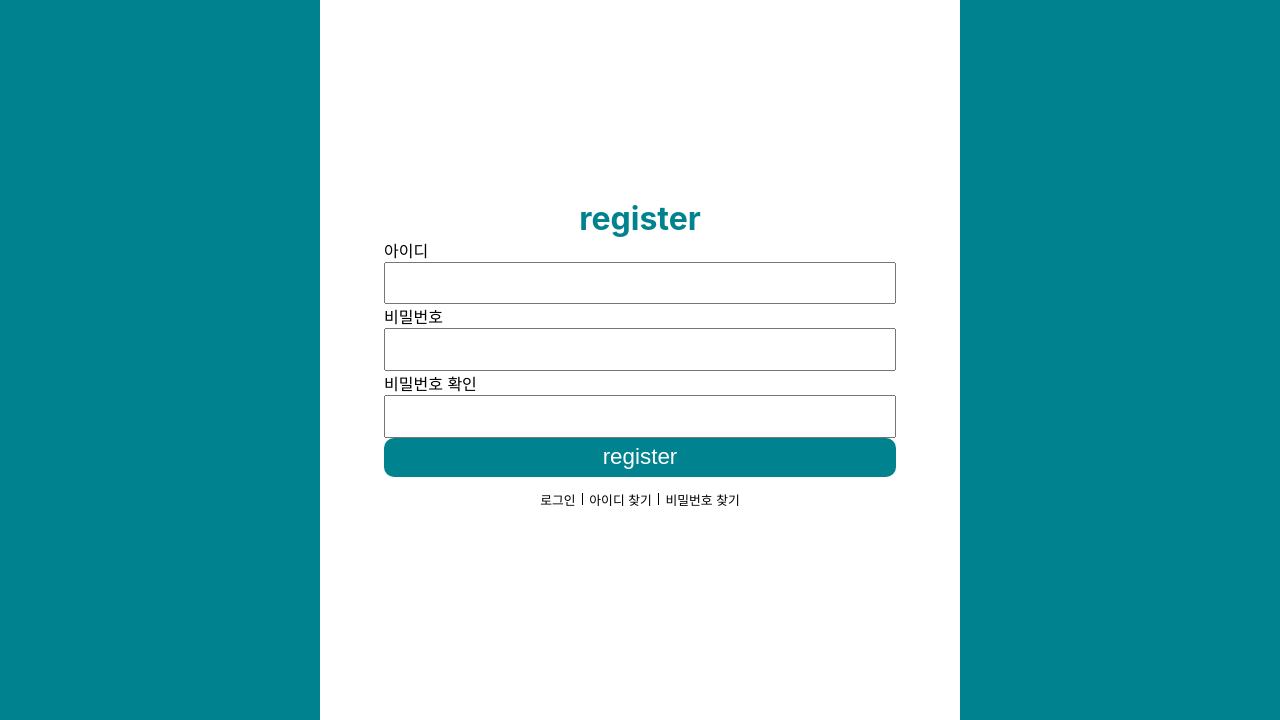
Repository: SeungYn/ticktickup-client
Page: /register
These files come from the project's save history. The page is drawn as it stood at one moment and after the next save; the edit follows.
The browser window is 1280 px wide. The pictures show the whole page.
The project was rebuilt for these pictures with package versions that can differ from the ones it lists, and the page was loaded fresh each time. Also part of the build but not shown: src/App.tsx, src/pages/Main.tsx, src/pages/TimeDetail.tsx, src/pages/MyInfo.tsx, src/components/common/ConfirmModal.tsx, src/containers/auth/LoginFormContainer.tsx, src/pages/LoginPage.tsx.

Above is the page before, as saved 2023-01-04 01:09:43.

### src/index.tsx
import React from 'react';
import ReactDOM from 'react-dom/client';
import { createBrowserRouter, RouterProvider } from 'react-router-dom';

import './index.css';
import App from './App';
import Main from './pages/Main';
import TimeDetail from './pages/TimeDetail';
import MyInfo from './pages/MyInfo';
import LoginContainer from './pages/LoginPage';
import RegisterPage from './pages/RegisterPage';
import { Provider } from 'react-redux';
import { store } from './modules';
import { ThemeProvider } from 'styled-components';

const root = ReactDOM.createRoot(
  document.getElementById('root') as HTMLElement
);

const router = createBrowserRouter([
  {
    path: '/',
    element: <App />,
    children: [
      { index: true, element: <Main /> },
      {
        path: 'TimeDetail',
        element: <TimeDetail />,
      },
      {
        path: 'Myinfo',
        element: <MyInfo />,
      },
    ],
  },
  {
    path: 'Login',
    element: <LoginContainer />,
  },
  {
    path: 'register',
    element: <RegisterPage />,
  },
]);

root.render(
  <Provider store={store}>
    <ThemeProvider theme={{ color: '#00838f' }}>
      <RouterProvider router={router}></RouterProvider>
    </ThemeProvider>
  </Provider>
);

### src/index.css
* {
  box-sizing: border-box;
}

html {
  height: 100%;
  width: 100%;
}

body {
  margin: 0;
  font-family: -apple-system, BlinkMacSystemFont, 'Segoe UI', 'Roboto', 'Oxygen',
    'Ubuntu', 'Cantarell', 'Fira Sans', 'Droid Sans', 'Helvetica Neue',
    sans-serif;
  -webkit-font-smoothing: antialiased;
  -moz-osx-font-smoothing: grayscale;
  height: 100%;
  width: 100%;
}

code {
  font-family: source-code-pro, Menlo, Monaco, Consolas, 'Courier New',
    monospace;
}

#root {
  height: 100%;
  width: 100%;
  background-color: #00838f;
  display: flex;
  justify-content: center;
}

input {
  outline: none;
}

h1,
h2 {
  margin: 0;
}

button {
  outline: none;
  background: none;
  border: none;
  cursor: pointer;
  padding: 0;
}

a {
  text-decoration: none;
  color: black;
}

a:visited {
  color: black;
}

### src/pages/RegisterPage.tsx
import React from 'react';
import RegisterFormContainer from '../containers/auth/RegisterFormContainer';

export default function RegisterPage() {
  const onSubmit = (e: React.FormEvent<HTMLFormElement>) => {
    e.preventDefault();
    console.log('submit');
  };
  return <RegisterFormContainer />;
}

### src/modules/index.ts
import { configureStore } from '@reduxjs/toolkit';
import authReducer from './auth';
import loadingReducer from './Loading';
import modalReducer from './modal';

export const store = configureStore({
  reducer: { auth: authReducer, loading: loadingReducer, modal: modalReducer },
});
export type RootState = ReturnType<typeof store.getState>;
export type AppDispatch = typeof store.dispatch;

### src/containers/auth/RegisterFormContainer.tsx
import { title } from 'process';
import React, { useEffect } from 'react';
import { useDispatch, useSelector } from 'react-redux';
import { useNavigate } from 'react-router-dom';
import AuthForm from '../../components/auth/AuthForm';
import { AppDispatch, RootState } from '../../modules';
import { authRegister, changeField, initialForm } from '../../modules/auth';
import { closeModal, openModal } from '../../modules/modal';

export default function RegisterFormContainer() {
  const navigate = useNavigate();
  const { register, authError, auth } = useSelector(
    (state: RootState) => state.auth
  );
  const { loading, modal } = useSelector((state: RootState) => state);
  const dispatch = useDispatch<AppDispatch>();
  const onSubmit = async (e: React.FormEvent<HTMLFormElement>) => {
    e.preventDefault();
    console.log('submit');

    const test = await dispatch(
      authRegister({ username: register.username, password: register.password })
    );
    console.log(test);
  };

  const onChange = (e: React.ChangeEvent<HTMLInputElement>) => {
    const { name, value } = e.target;
    dispatch(changeField({ form: 'register', name, value }));
  };

  const successRegister = () => {
    dispatch(closeModal());
    dispatch(initialForm());
    navigate('/login');
  };

  useEffect(() => {
    if (auth) {
      dispatch(openModal());
    }
  }, [auth]);

  return (
    <AuthForm
      type={'register'}
      form={register}
      onChange={onChange}
      onSubmit={onSubmit}
      loading={loading.loading}
      passwordMatch={register.passwordMatch}
      authError={authError}
      modalState={modal.state}
      modal={{
        title: '알림',
        content: '회원가입이 성공적으로 되었습니다.',
        callback: successRegister,
      }}
    />
  );
}

### src/modules/auth.ts
import { AxiosResponse } from 'axios';
import { createAsyncThunk, createSlice, PayloadAction } from '@reduxjs/toolkit';
import { AppDispatch } from '.';
import AuthService from '../service/authService';
import { finishLoading, startLoading } from './Loading';

const authService = AuthService.getHttpInstance();

export interface AuthSuccessResponse {
  username: string;
  token: string;
}

export interface AuthFailResponse {
  error: string;
}

export type Register = {
  username: string;
  password: string;
  passwordConfirm: string;
  passwordMatch: boolean;
  [key: string]: string | boolean;
};

export type Login = {
  username: string;
  password: string;
  [key: string]: string;
};

export const authRegister = createAsyncThunk<
  { token: string; username: string },
  { username: string; password: string },
  {
    rejectValue: AuthFailResponse;
    dispatch: AppDispatch;
  }
>('auth/REGISTER', async (form, thunkAPI) => {
  console.log('async');
  console.log(thunkAPI);
  thunkAPI.dispatch(startLoading());
  try {
    const res = (await authService.signup(
      form.username,
      form.password
    )) as AxiosResponse;

    return res.data;
  } catch (e) {
    //todo 에러메세지 가져오기

    return thunkAPI.rejectWithValue({ error: String(e) });
  } finally {
    thunkAPI.dispatch(finishLoading());
  }
});

export const authLogin = createAsyncThunk(
  'auth/LOGIN',
  async (form: Login, thunkAPI) => {
    thunkAPI.dispatch(startLoading());
    try {
      return { payload: { token: '123', username: '123' } };
    } catch (e) {
      return thunkAPI.rejectWithValue({ error: '123' });
    } finally {
      thunkAPI.dispatch(finishLoading());
    }
  }
);

interface InitialAuthFormState {
  register: Register;
  login: Login;
  authError: string | null | undefined;
  authDuplicateError: string | null;
  auth: null | { [key: string]: string };
}

const initialAuthFormState: InitialAuthFormState = {
  register: {
    username: '',
    password: '',
    passwordConfirm: '',
    passwordMatch: true,
  },

  login: {
    username: '',
    password: '',
  },
  authError: null,
  authDuplicateError: null,
  auth: null,
};

const authSlice = createSlice({
  name: 'authForm',
  initialState: initialAuthFormState,
  reducers: {
    changeField: (
      state,
      {
        payload,
      }: PayloadAction<{
        form: 'login' | 'register';
        value: string;
        name: string;
      }>
    ) => {
      const { form, name, value } = payload;

      state[form][name] = value;
      if (form === 'register') {
        if (state[form].password !== state[form].passwordConfirm)
          state[form].passwordMatch = false;
        else state[form].passwordMatch = true;
      }
    },
    initialForm: (state) => {
      state = initialAuthFormState;
    },
  },
  extraReducers: (builder) => {
    builder
      .addCase(authRegister.pending, (state, action) => {
        state.authError = null;
        console.log('pending auth');
      })
      .addCase(authRegister.fulfilled, (state, action) => {
        state.auth = action.payload;

        console.log('fulfilled auth');
      })
      .addCase(authRegister.rejected, (state, action) => {
        state.authError = action.payload?.error;
      })
      .addCase(authLogin.pending, (state, action) => {
        console.log('pending');
      })
      .addCase(authLogin.fulfilled, (state, action) => {
        console.log('fulfilled');
      })
      .addCase(authLogin.rejected, (state, action) => {
        console.log('rejected');
      });
  },
});

export const { changeField, initialForm } = authSlice.actions;

export default authSlice.reducer;

### src/modules/Loading.ts
import { createSlice } from '@reduxjs/toolkit';

const loadingSlice = createSlice({
  name: 'loading',
  initialState: { loading: false },
  reducers: {
    startLoading: (state) => {
      console.log('startLoading');
      state.loading = true;
    },
    finishLoading: (state) => {
      state.loading = false;
    },
  },
});

export const { startLoading, finishLoading } = loadingSlice.actions;
export default loadingSlice.reducer;

### src/modules/modal.ts
import { createSlice } from '@reduxjs/toolkit';

const modalSlice = createSlice({
  name: 'modal',
  initialState: { state: false },
  reducers: {
    openModal: (state) => {
      state.state = true;
    },
    closeModal: (state) => {
      state.state = false;
    },
  },
});

export const { openModal, closeModal } = modalSlice.actions;
export default modalSlice.reducer;

### src/components/auth/AuthForm.tsx
import styles from './authForm.modue.scss';
import classNames from 'classnames';
import AuthBtn from '../common/AuthBtn';
import { Link } from 'react-router-dom';
import { Login, Register } from '../../modules/auth';
import { AppDispatch } from '../../modules';
import React from 'react';
import { css } from 'styled-components';
import ConfirmModal, { ModalType } from '../common/ConfirmModal';
const cx = classNames.bind(styles);
interface AuthFormType {
  type: string;
  form: Login | Register;
  loading?: boolean;
  passwordMatch?: boolean;
  onSubmit: (e: React.FormEvent<HTMLFormElement>) => void;
  onChange: (e: React.ChangeEvent<HTMLInputElement>) => void;
  authError?: null | string;
  modalState?: boolean;
  modal?: {
    title: string;
    content: string;
    callback: () => void;
  };
}

export default function AuthForm({
  type,
  form,
  onChange,
  onSubmit,
  loading,
  passwordMatch,
  authError,
  modalState,
  modal,
}: AuthFormType) {
  console.log(passwordMatch);
  return (
    <>
      {modalState && <ConfirmModal modal={modal as ModalType}></ConfirmModal>}
      <form className={cx('form')} onSubmit={onSubmit}>
        <h1>{type}</h1>
        <label htmlFor='username'>
          아이디
          <input
            type='text'
            name='username'
            onChange={onChange}
            value={form.username}
            required
          />
        </label>

        <label htmlFor='password'>
          비밀번호
          <input
            type='password'
            name='password'
            onChange={onChange}
            value={form.password}
            required
          />
        </label>

        {type === 'register' && (
          <label htmlFor='password' id='label-last'>
            <div>
              <span>비밀번호 확인</span>{' '}
              {!passwordMatch && (
                <span className={cx({ passwordNotMatch: !passwordMatch })}>
                  비밀번호를 확인해 주세요
                </span>
              )}
            </div>
            <input
              type='password'
              name='passwordConfirm'
              value={form.passwordConfirm}
              onChange={onChange}
              required
            />
          </label>
        )}
        {authError && <span style={{ color: 'red' }}>{authError}</span>}
        <AuthBtn title={type} />

        <div className={cx('footer')}>
          {type === 'login' ? (
            <Link to='/register' className={cx('footerBtn')}>
              회원가입
            </Link>
          ) : (
            <Link to='/login' className={cx('footerBtn')}>
              로그인
            </Link>
          )}
          <span className={cx('gap')}></span>
          <button className={cx('footerBtn')}>아이디 찾기</button>
          <span className={cx('gap')}></span>
          <button className={cx('footerBtn')}>비밀번호 찾기</button>
        </div>
      </form>
    </>
  );
}

### src/service/authService.ts
import { AxiosPromise, AxiosResponse } from 'axios';
import Http, { HttpInterface } from '../network/http';
export default class AuthService {
  private static instance: AuthService;

  private constructor(private http: HttpInterface) {}

  async signup(username: string, password: string) {
    const data = await this.http.fetch('/auth/signup', {
      method: 'POST',
      data: JSON.stringify({ username, password }),
    });
    console.log('data', data);
    return data;
  }

  public static getHttpInstance() {
    if (!AuthService.instance) {
      AuthService.instance = new AuthService(Http.getHttpInstance());
    }
    return AuthService.instance;
  }
}

### src/components/auth/authForm.modue.scss
@import '../../styles/utils.scss';

.form {
  width: 50%;
  min-width: 500px;
  height: 100%;
  display: flex;
  flex-direction: column;
  justify-content: center;
  align-items: center;
  background-color: $backgroundColor;
  padding: 0 4rem;

  & > *:not(label) {
    margin-bottom: 0.8rem;
  }

  & > h1 {
    margin: 0;
    color: $main-color;
  }

  & input {
    font-size: 1.4rem;
    padding: 0.4rem 0;
  }

  & label {
    width: 100%;
    display: flex;
    flex-direction: column;
  }
}

.footer {
  display: flex;
  align-items: center;
}

.gap {
  display: inline-block;
  height: 0.8rem;
  border-left: 1px solid black;
}

.footerBtn {
  font-size: 0.8rem;
  padding: 0 0.4rem;
}

.passwordNotMatch {
  color: red;
}

@media (max-width: 800px) {
  .form {
  }
}

### src/components/common/AuthBtn.tsx
import styled from 'styled-components';

interface AuthBtnType {
  title: string;
}

const StyledInput = styled.button`
  width: 100%;

  font-size: 1.4rem;
  border: none;
  background: #00838f;
  border-radius: 10px;
  padding: 0.4rem 0;
  color: white;

  &:hover {
    cursor: pointer;
  }
`;

export default function AuthBtn({ title }: AuthBtnType) {
  return <StyledInput>{title}</StyledInput>;
}

### src/network/http.ts
import axios, {
  AxiosError,
  AxiosInstance,
  AxiosInterceptorOptions,
  AxiosRequestConfig,
  AxiosResponse,
} from 'axios';

export interface HttpInterface {
  fetch: (
    url: string,
    options: AxiosRequestConfig
  ) => Promise<AxiosResponse | AxiosError>;
}

export default class Http implements HttpInterface {
  private static instance: Http;
  private readonly client: AxiosInstance;
  private constructor(baseURL: string) {
    this.client = axios.create({
      baseURL: baseURL,
      withCredentials: true,
    });
  }

  async fetch(
    url: string,
    options: AxiosRequestConfig
  ): Promise<AxiosResponse> {
    this.client.defaults.headers.post['Content-Type'] = 'application/json';
    const { data, method, headers } = options;
    const request = {
      url,
      method,
      headers: {
        ...headers,
      },
      data,
    };
    let res: AxiosResponse;

    try {
      res = await this.client(request);
      return res;
    } catch (e) {
      if (axios.isAxiosError(e)) {
        const message = e.response?.data?.message;
        if (message) {
          throw new Error(message);
        }
      }
      throw new Error('Connect Error');
    }
  }
  public static getHttpInstance() {
    if (!Http.instance) {
      Http.instance = new Http(process.env.REACT_APP_BASE_URL as string);
    }
    return Http.instance;
  }
}

const a: HttpInterface = Http.getHttpInstance();

### src/styles/utils.scss
@import '~include-media/dist/include-media';

$red: #fa5252;
$orange: #fd7e14;
$yellow: #fcc419;
$green: #40c057;
$blue: #339af0;
$indigo: #5c7cfa;
$violet: #7950f2;
$backgroundColor: white;
$main-color: #00838f;
$font-size-medium: 1.2rem;
@mixin square($size) {
  $calculated: 32px * $size;
  width: $calculated;
  height: $calculated;
}

Loaded but not shown: public/index.html (common file)

After the next save:
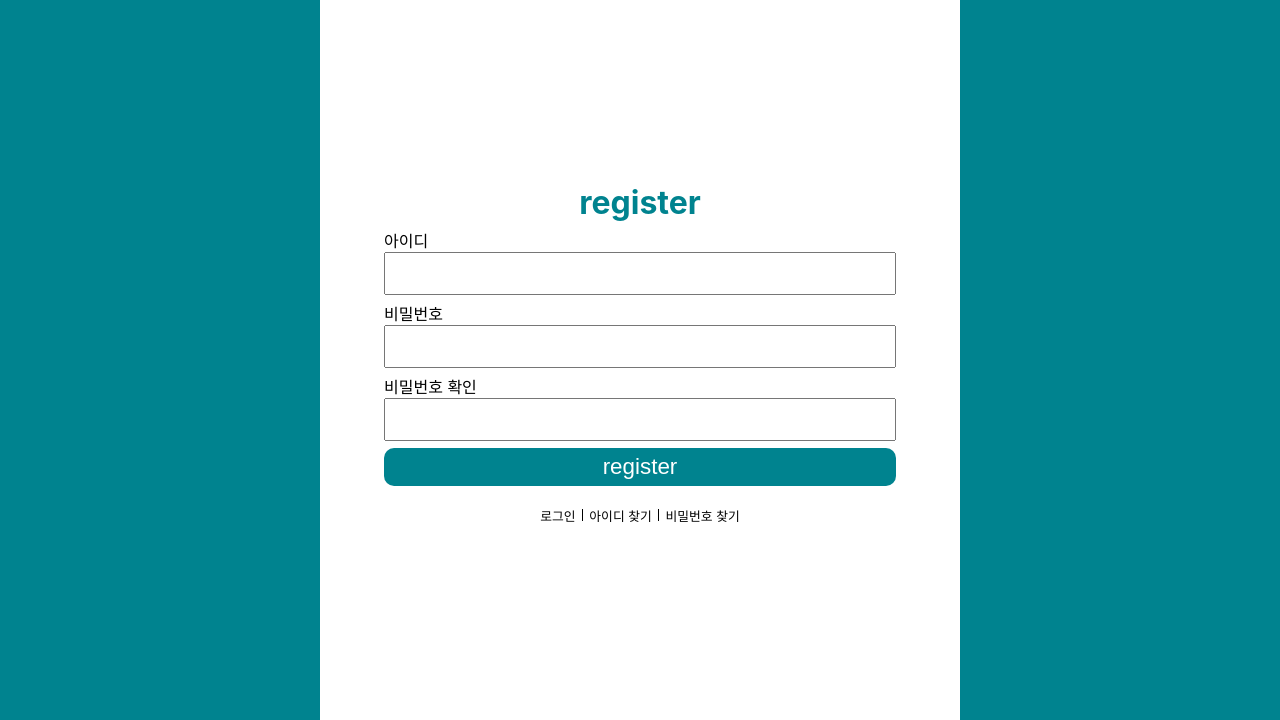
Saved 33 s later.
--- a/src/components/auth/authForm.modue.scss
+++ b/src/components/auth/authForm.modue.scss
@@ -10,6 +10,10 @@
   align-items: center;
   background-color: $backgroundColor;
   padding: 0 4rem;
+
+  & > * {
+    margin-top: 0.4rem;
+  }
 
   & > *:not(label) {
     margin-bottom: 0.8rem;
